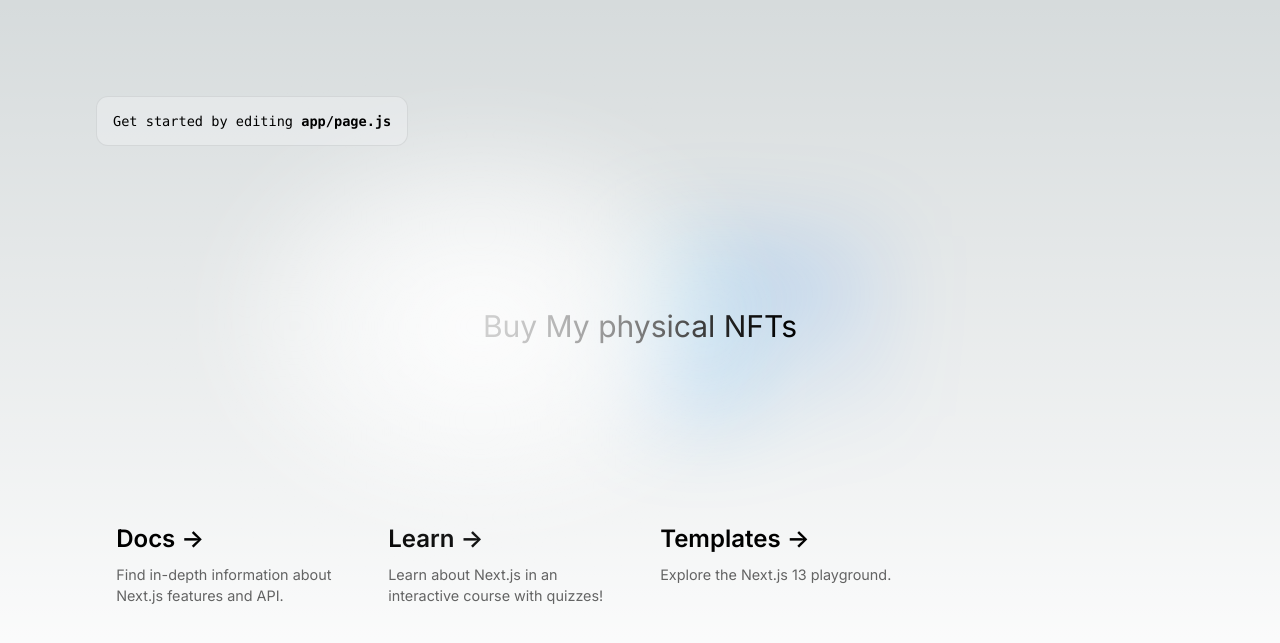
Repository: Seva2705/stripe-nextjs
Page: /
The author's editor kept a copy of each file at every save. The page is drawn from the files as they stood at one save, then again after the next save.
The browser window is 1280 px wide. The pictures show the whole page.
The project was rebuilt for these pictures with package versions that can differ from the ones it lists, and the page was loaded fresh each time. The framework's server and built-in components were replaced by stand-ins that run in the browser. Also part of the build but not shown: next.config.js.

Above is the page before, as saved 2023-10-31 22:48:28.

After the next save:
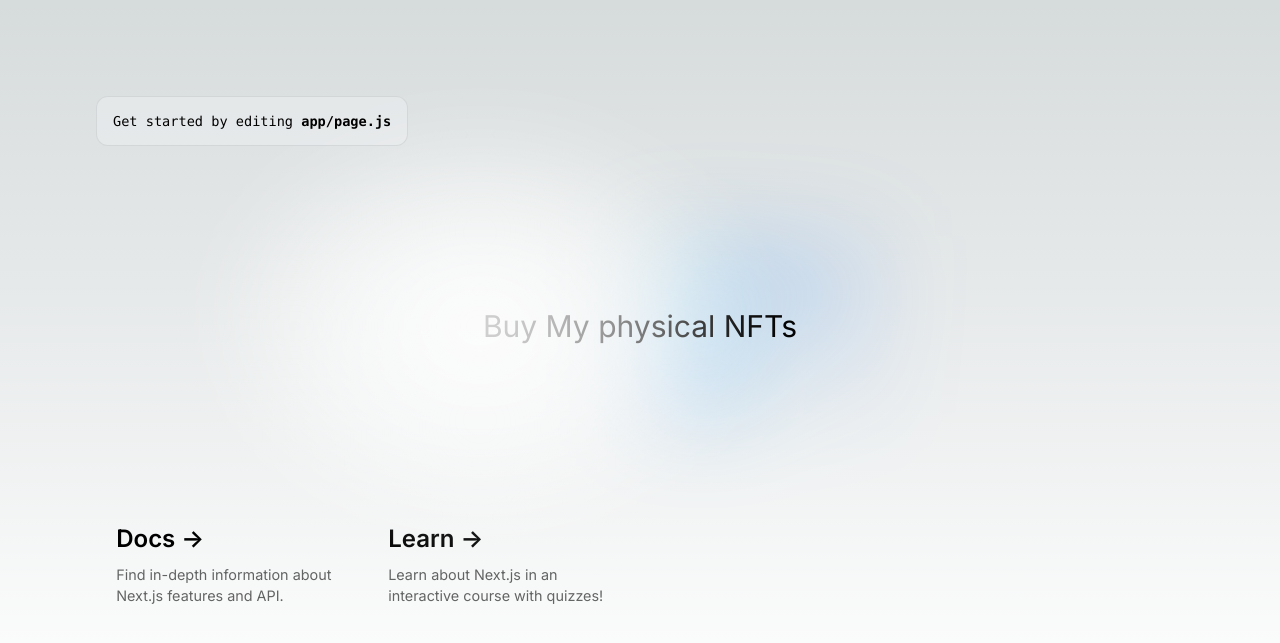
Saved 4 s later.
--- a/app/page.js
+++ b/app/page.js
@@ -45,18 +45,6 @@ export default function Home() {
           <p>Learn about Next.js in an interactive course with&nbsp;quizzes!</p>
         </a>
 
-        <a
-          href="https://vercel.com/templates?framework=next.js&utm_source=create-next-app&utm_medium=appdir-template&utm_campaign=create-next-app"
-          className={styles.card}
-          target="_blank"
-          rel="noopener noreferrer"
-        >
-          <h2>
-            Templates <span>-&gt;</span>
-          </h2>
-          <p>Explore the Next.js 13 playground.</p>
-        </a>
-
 
       </div>
     </main>
